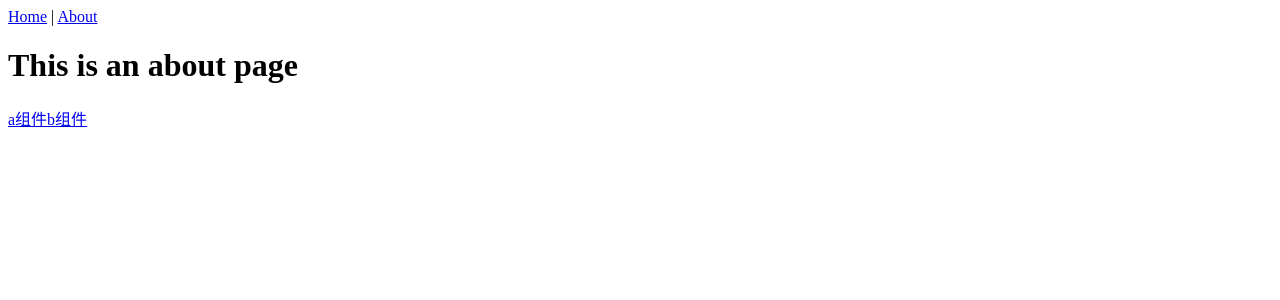
Repository: MDZZ-LBJ/vue-router
Page: /about/a
An editor plug-in stored every save of this project. The page is shown before and after the next save, followed by the edit.
The browser window is 1280 px wide. The pictures show the whole page.
The project was rebuilt for these pictures with package versions that can differ from the ones it lists, and the page was loaded fresh each time. Also part of the build but not shown: src/views/Home.vue, src/views/B.vue.

Above is the page before, as saved 2020-12-14 10:10:09.

After the next save:
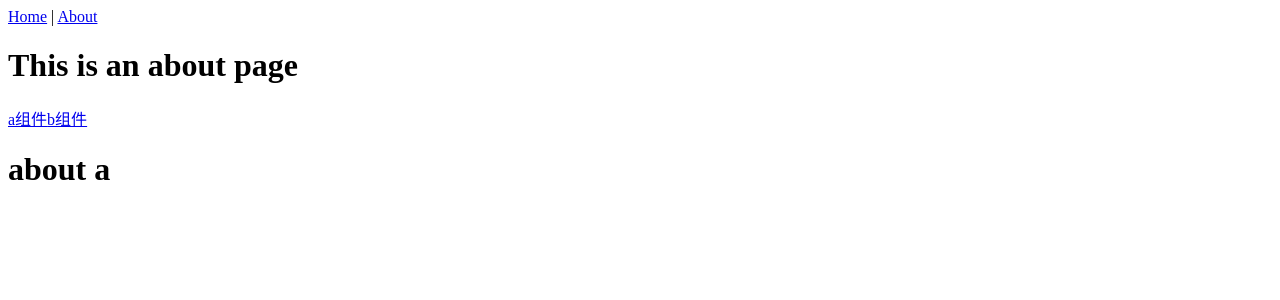
Saved 10 s later.
--- a/src/router/index.js
+++ b/src/router/index.js
@@ -20,11 +20,7 @@ const routes = [
     children: [
       {
         path: "a",
-        component: {
-          render() {
-            return <h1>about a</h1>
-          }
-        }
+        component:A
       },
       {
         path: "b",
